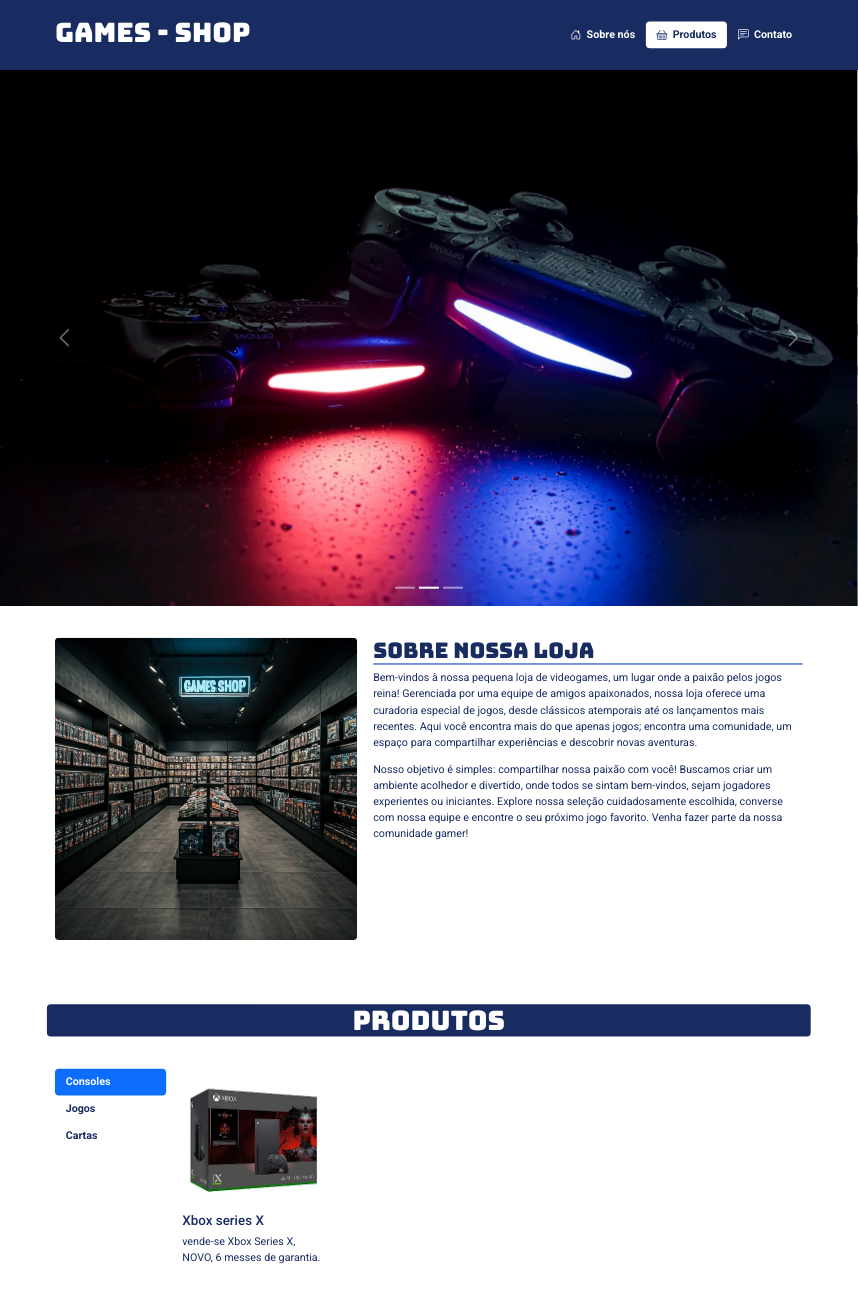
Repository: MatiasBrighent/GamesShop-Bootstrap
Page: index.html
These files come from the project's save history. The page is drawn as it stood at one moment and after the next save; the edit follows.
The browser window is 1280 px wide. The pictures show the whole page, at 67% of full size.

Above is the page before, as saved 2025-06-20 15:16:32.

After the next save:
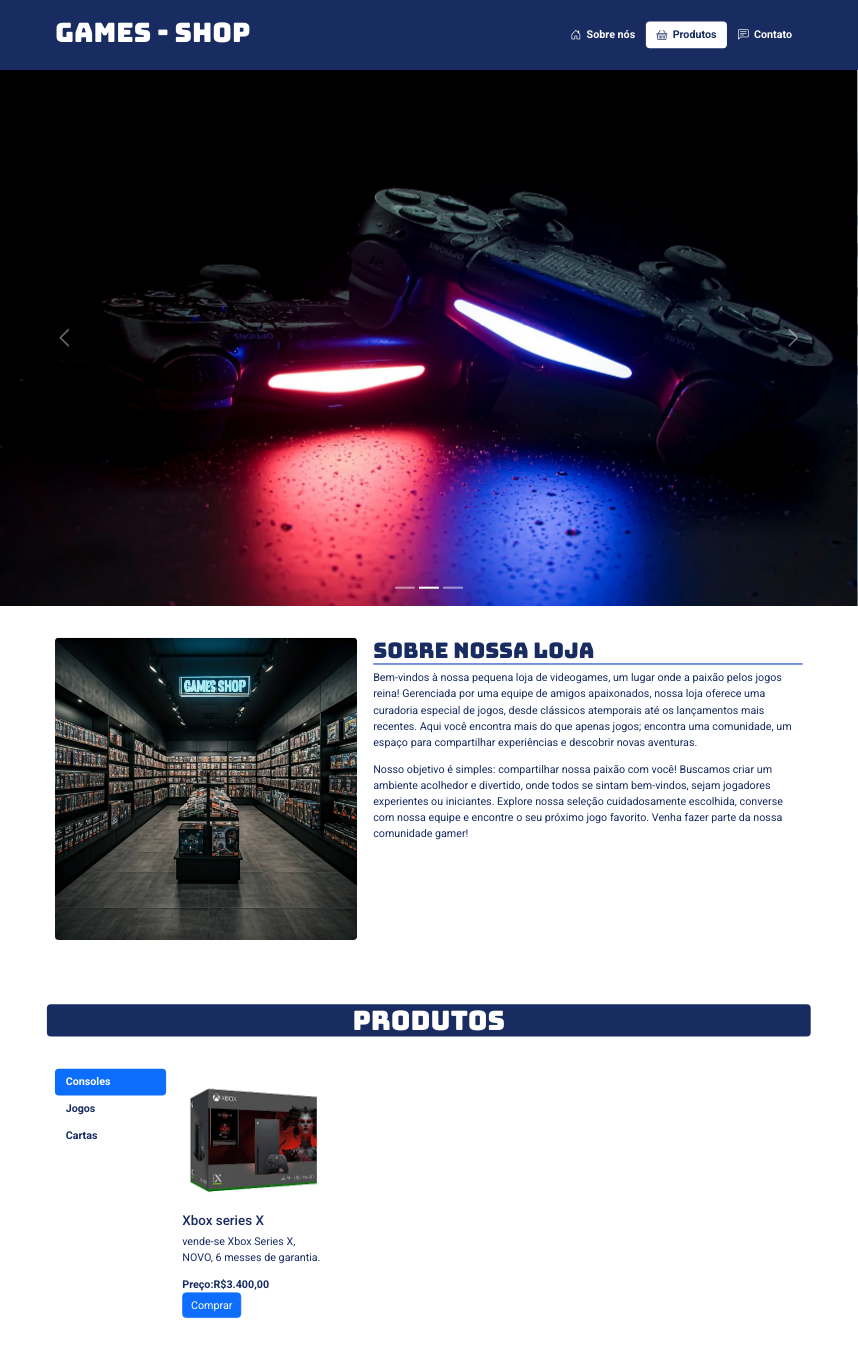
Saved 112 s later.
--- a/index.html
+++ b/index.html
@@ -109,6 +109,8 @@
                                         <p>
                                             vende-se Xbox Series X, NOVO, 6 messes de garantia.
                                         </p>
+                                        <strong>Preço:R$3.400,00</strong>
+                                        <button type="button" class="btn btn-primary">Comprar</button>
                                     </div>
                                 </div>
                             </div>
